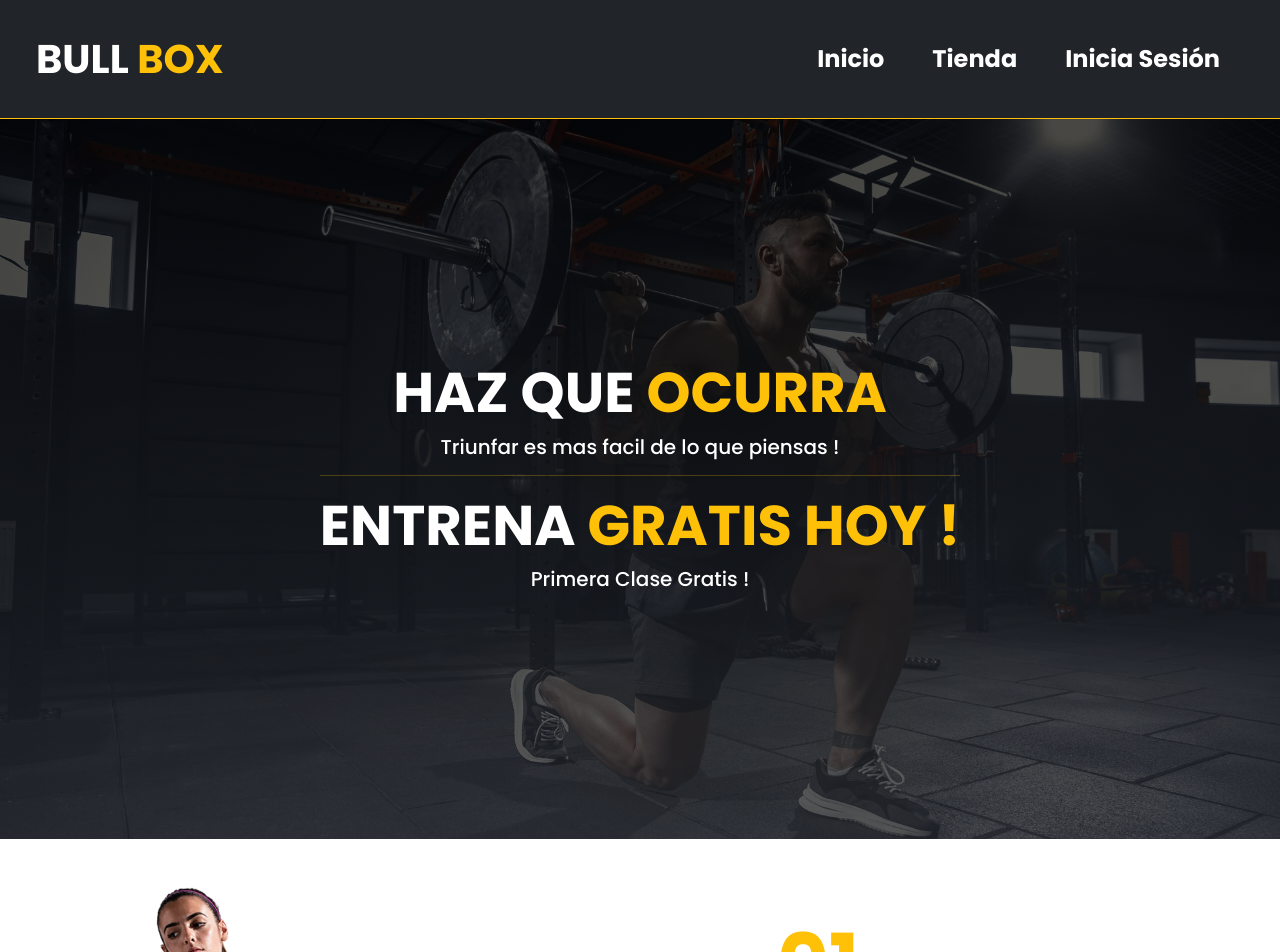
Repository: enjeru13/BullBox
Page: / (app in BullBox/)
The author's editor kept a copy of each file at every save. The page is drawn from the files as they stood at one save, then again after the next save.
The browser window is 1280 px wide. The pictures show the part of the page from y = 0 to 952 px (the page is 4177 px tall before and 4211 px after).
The project was rebuilt for these pictures with package versions that can differ from the ones it lists, and the page was loaded fresh each time. Also part of the build but not shown: BullBox/vite.config.js, BullBox/src/pages/Registro.jsx, BullBox/src/pages/Login.jsx, BullBox/src/pages/Perfil.jsx, BullBox/src/components/ProductsCard.jsx, BullBox/src/pages/Tienda.jsx, BullBox/ProtectedRoute.jsx.

Above is the page before, as saved 2024-10-28 13:31:22.

### BullBox/index.html
<!doctype html>
<html lang="en">
  <head>
    <meta charset="UTF-8" />
    <link rel="icon" type="image/svg+xml" href="/vite.svg" />
    <link rel="preconnect" href="https://fonts.googleapis.com">
<link rel="preconnect" href="https://fonts.gstatic.com" crossorigin>
<link href="https://fonts.googleapis.com/css2?family=Poppins:ital,wght@0,100;0,200;0,300;0,400;0,500;0,600;0,700;0,800;0,900;1,100;1,200;1,300;1,400;1,500;1,600;1,700;1,800;1,900&family=Raleway:ital,wght@0,100;0,200;0,300;0,400;0,500;0,600;0,700;0,800;0,900;1,100;1,200;1,300;1,400;1,500;1,600;1,700;1,800;1,900&display=swap" rel="stylesheet">
    <meta name="viewport" content="width=device-width, initial-scale=1.0" />
    <title>Bull Box</title>
  </head>
  <body>
    <div id="root"></div>
    <script type="module" src="/src/main.jsx"></script>
    <script
    src="https://cdn.jsdelivr.net/npm/bootstrap@5.0.2/dist/js/bootstrap.bundle.min.js"
    integrity="sha384-MrcW6ZMFYlzcLA8Nl+NtUVF0sA7MsXsP1UyJoMp4YLEuNSfAP+JcXn/tWtIaxVXM"
    crossorigin="anonymous"
  ></script>
</html>

### BullBox/src/App.jsx
import { BrowserRouter, Routes, Route } from "react-router-dom";
import { AuthProvider } from "./context/AuthContext";
import Header from "./components/Header";
import Inicio from "./pages/Inicio";
import Registro from "./pages/Registro";
import Login from "./pages/Login";
import Perfil from "./pages/Perfil";
import Tienda from "./pages/Tienda";
import ProtectedRoute from "../ProtectedRoute";
import Footer from "./components/Footer";
import { ProductProvider } from "./context/ProductContext";

function App() {
  return (
    <AuthProvider>
      <ProductProvider>
        <BrowserRouter>
          <Header />
          <Routes>
            <Route path="/" element={<Inicio />} />

            <Route path="/register" element={<Registro />} />

            <Route path="/login" element={<Login />} />

            <Route path="/tienda" element={<Tienda />} />

            <Route element={<ProtectedRoute />}>
              <Route path="/profile" element={<Perfil />} />
            </Route>
          </Routes>
          <Footer />
        </BrowserRouter>
      </ProductProvider>
    </AuthProvider>
  );
}

export default App;

### BullBox/src/index.css
* {
  margin: 0;
  padding: 0;
  font-family: "Poppins", serif;
  font-optical-sizing: auto;
  font-weight: 100;
  font-style: normal;
}

/* Inicio */

.bg-image {
  background: linear-gradient(rgba(0, 0, 0, 0.717), rgba(36, 38, 42, 0.745)),
    url("/img/fondo.jpg");
  height: 100vh; /* 100vh = 100% de la altura de la viewport */
  width: 100vw; /* 100vw = 100% del ancho de la viewport */
  background-size: cover; /* Hace que la imagen cubra todo el espacio disponible */
  background-position: center; /* Centra la imagen */
  background-repeat: no-repeat; /* Evita que la imagen se repita */
  justify-content: center;
  align-items: center;
  display: flex;
}

/* Nosotros */

.bg {
  background-color: #dde1e9;
}

.justified-text {
  text-align: justify;
}

/* Servicios */

.bg-image-servicios {
  background: linear-gradient(rgba(0, 0, 0, 0.717), rgba(36, 38, 42, 0.745)),
    url("/img/fondo-servicios.jpg");
  background-size: cover; /* Hace que la imagen cubra todo el espacio disponible */
  background-position: center; /* Centra la imagen */
  background-repeat: no-repeat; /* Evita que la imagen se repita */
}

/* Planes */

.bg-image-planes {
  background: linear-gradient(rgba(0, 0, 0, 0.717), rgba(36, 38, 42, 0.745)),
    url("/img/fondo-planes1.jpg");
  background-size: cover; /* Hace que la imagen cubra todo el espacio disponible */
  background-position: center; /* Centra la imagen */
  background-repeat: no-repeat; /* Evita que la imagen se repita */
}

.bg-card {
  background: linear-gradient(rgba(0, 0, 0, 0.745), rgb(18, 17, 17));
}

### BullBox/src/context/AuthContext.jsx
import { createContext, useContext, useState, useEffect } from "react";
import { registerRequest, loginRequest, verifyTokenRequest } from "../api/auth";
import Cookies from "js-cookie";

const AuthContext = createContext();

// eslint-disable-next-line react-refresh/only-export-components
export const useAuth = () => {
  const context = useContext(AuthContext);
  if (!context) {
    throw new Error("useAuth deberia estar dentro del Provider");
  }
  return context;
};

// eslint-disable-next-line react/prop-types
export const AuthProvider = ({ children }) => {
  const [user, setUser] = useState(null);
  const [isAuthenticated, setIsAuthenticated] = useState(false);
  const [errors, setErrors] = useState([]);
  const [loading, setLoading] = useState(true);

  const signUp = async (user) => {
    try {
      const res = await registerRequest(user);
      console.log(res.data);
      setUser(res.data);
      setIsAuthenticated(true);
    } catch (error) {
      console.log(error.response);
      setErrors(error.response.data);
    }
  };

  const signIn = async (user) => {
    try {
      const res = await loginRequest(user);
      console.log(res.data);
      setUser(res.data);
      setIsAuthenticated(true);
    } catch (error) {
      if (Array.isArray(error.response.data)) {
        return setErrors(error.response.data);
      }
      setErrors([error.response.data.message]);
    }
  };

  const logOut = () => {
    Cookies.remove("token");
    setIsAuthenticated(false);
    setUser(null);
  };

  // timer de las alertas de errores

  useEffect(() => {
    if (errors.length > 0) {
      const timer = setTimeout(() => {
        setErrors([]);
      }, 3000);
      return () => clearTimeout(timer);
    }
  }, [errors]);

  useEffect(() => {
    async function checkLogin() {
      const cookies = Cookies.get();

      if (!cookies.token) {
        setIsAuthenticated(false);
        setLoading(false);
        return setUser(null);
      }
      try {
        const res = await verifyTokenRequest(cookies.token);
        if (!res.data) {
          setIsAuthenticated(false);
          setLoading(false);
          return;
        }

        setIsAuthenticated(true);
        setUser(res.data);
        setLoading(false);
      } catch (error) {
        console.log(error);
        setIsAuthenticated(false);
        setUser(null);
        setLoading(false);
      }
    }
    checkLogin();
  }, []);

  return (
    <AuthContext.Provider
      value={{
        signUp,
        signIn,
        logOut,
        loading,
        user,
        isAuthenticated,
        errors,
      }}
    >
      {children}
    </AuthContext.Provider>
  );
};

export default AuthContext;

### BullBox/src/components/Header.jsx
import { Link } from "react-router-dom";
import { useAuth } from "../context/AuthContext";

function Header() {
  const { isAuthenticated, logOut, user } = useAuth();

  return (
    <>
      <nav className="navbar navbar-expand-lg bg-dark border-bottom border-warning p-4 sticky-top">
        <div className="container-fluid">
          <a className="navbar-brand text-white fs-1 fw-bold" href="#">
            BULL <span className="text-warning fw-bold">BOX</span>
          </a>
          <button
            className="navbar-toggler border-2 border-warning"
            type="button"
            data-bs-toggle="collapse"
            data-bs-target="#navbarNav"
            aria-controls="navbarNav"
            aria-expanded="false"
            aria-label="Toggle navigation"
          >
            <span className="navbar-toggler-icon"></span>
          </button>
          <div className="collapse navbar-collapse " id="navbarNav">
            <ul className="navbar-nav ms-auto justify-content-center align-items-center">
              <li className="nav-item">
                <Link
                  className="nav-link text-white fs-4 active mx-3 fw-bold"
                  aria-current="page"
                  to="/"
                >
                  Inicio
                </Link>
              </li>
              <li className="nav-item">
                <Link
                  className="nav-link text-white fs-4 mx-3 fw-bold"
                  to="/tienda"
                >
                  Tienda
                </Link>
              </li>
              {isAuthenticated ? (
                <>
                  <li className="nav-item">
                    <Link
                      className="nav-link text-white fs-4 mx-3 fw-bold"
                      to="/profile"
                    >
                      Tu perfil {user.username}{" "}
                    </Link>
                  </li>
                  <li className="nav-item ">
                    <Link
                      className="nav-link text-white fs-4 mx-3 fw-bold"
                      to="/"
                      onClick={() => {
                        logOut();
                      }}
                    >
                      Cerrar Sesión
                    </Link>
                  </li>
                </>
              ) : (
                <>
                  <li className="nav-item">
                    <Link
                      className="nav-link text-white fs-4 mx-3 fw-bold"
                      to="/login"
                    >
                      Inicia Sesión
                    </Link>
                  </li>
                </>
              )}
            </ul>
          </div>
        </div>
      </nav>
    </>
  );
}

export default Header;

### BullBox/src/components/Footer.jsx
import { FontAwesomeIcon } from "@fortawesome/react-fontawesome";
import {
  faWhatsapp,
  faFacebook,
  faInstagram,
} from "@fortawesome/free-brands-svg-icons";

function Footer() {
  return (
    <div className="d-flex flex-column align-items-center text-center bg-dark border-top border-warning container-fluid p-1">
      <h5 className="text-white fw-bold">
        2024 - BULL <span className="text-warning fw-bold">BOX</span> Todos los
        Derechos Reservados
      </h5>
      <div className="d-flex justify-content-center">
        <div className="nav-item">
          <a className="nav-link text-white fs-2" href="#">
            <FontAwesomeIcon icon={faWhatsapp} />
          </a>
        </div>
        <div className="nav-item">
          <a className="nav-link text-white fs-2 ms-5" href="#">
            <FontAwesomeIcon icon={faFacebook} />
          </a>
        </div>
        <div className="nav-item">
          <a className="nav-link text-white fs-2 ms-5" href="#">
            <FontAwesomeIcon icon={faInstagram} />
          </a>
        </div>
      </div>
    </div>
  );
}

export default Footer;

### BullBox/src/context/ProductContext.jsx
import { createContext, useContext, useState } from "react";
import {
  createProductRequest,
  deleteProductRequest,
  getProductsRequest,
  getProductRequest,
  updateProductRequest,
} from "../api/products";

const ProductContext = createContext();

export const useProducts = () => {
  const context = useContext(ProductContext);
  if (!context) {
    throw new Error("useProducts debe usarse con ProductProvider");
  }
  return context;
};

export function ProductProvider({ children }) {
  const [products, setProducts] = useState([]);

  const getProducts = async () => {
    try {
      const res = await getProductsRequest();
      setProducts(res.data);
    } catch (error) {
      console.log(error);
    }
  };

  const deleteProduct = async (id) => {
    try {
      const res = await deleteProductRequest(id);
      if (res.status === 204) products.filter((product) => product._id != id);
    } catch (error) {
      console.log(error);
    }
  };

  const createProduct = async (product) => {
    try {
      const res = await createProductRequest(product);
      console.log(res.data);
    } catch (error) {
      console.log(error);
    }
  };

  const getProduct = async (id) => {
    try {
      const res = await getProductRequest(id);
      return res.data;
    } catch (error) {
      console.error(error);
    }
  };

  const updateProduct = async (id, product) => {
    try {
      await updateProductRequest(id, product);
    } catch (error) {
      console.error(error);
    }
  };

  return (
    <ProductContext.Provider
      value={{
        products,
        createProduct,
        getProducts,
        deleteProduct,
        getProduct,
        updateProduct,
      }}
    >
      {children}
    </ProductContext.Provider>
  );
}

### BullBox/src/components/Mapa.jsx
import { MapContainer, TileLayer, Marker, Popup } from "react-leaflet";
import "leaflet/dist/leaflet.css";
import "./Mapa.css";

const Mapa = () => {
  return (
    <div className="container-fluid">
      <MapContainer center={{ lat: "7.7819182", lng: "-72.2228125" }} zoom={16}>
        <TileLayer
          url="https://tile.openstreetmap.org/{z}/{x}/{y}.png"
          attribution='&copy; <a href="http://www.openstreetmap.org/copyright">OpenStreetMap</a>'
        />
        <Marker position={{ lat: "7.7819182", lng: "-72.2228125" }}>
          <Popup>Ubicacion de BULL BOX</Popup>
        </Marker>
      </MapContainer>
    </div>
  );
};

export default Mapa;

### BullBox/src/components/Mapa.css
.leaflet-container {
  width: 100%;
  height: 300px;
  background: #000;
}

Loaded but not shown: BullBox/src/main.jsx (common file); BullBox/src/api/auth.js (7 lines, source omitted); BullBox/src/api/axios.js (8 lines, source omitted); BullBox/src/pages/Inicio.jsx (269 lines, source omitted); BullBox/src/api/products.js (no copy from this time; the picture is the same without it)

After the next save:
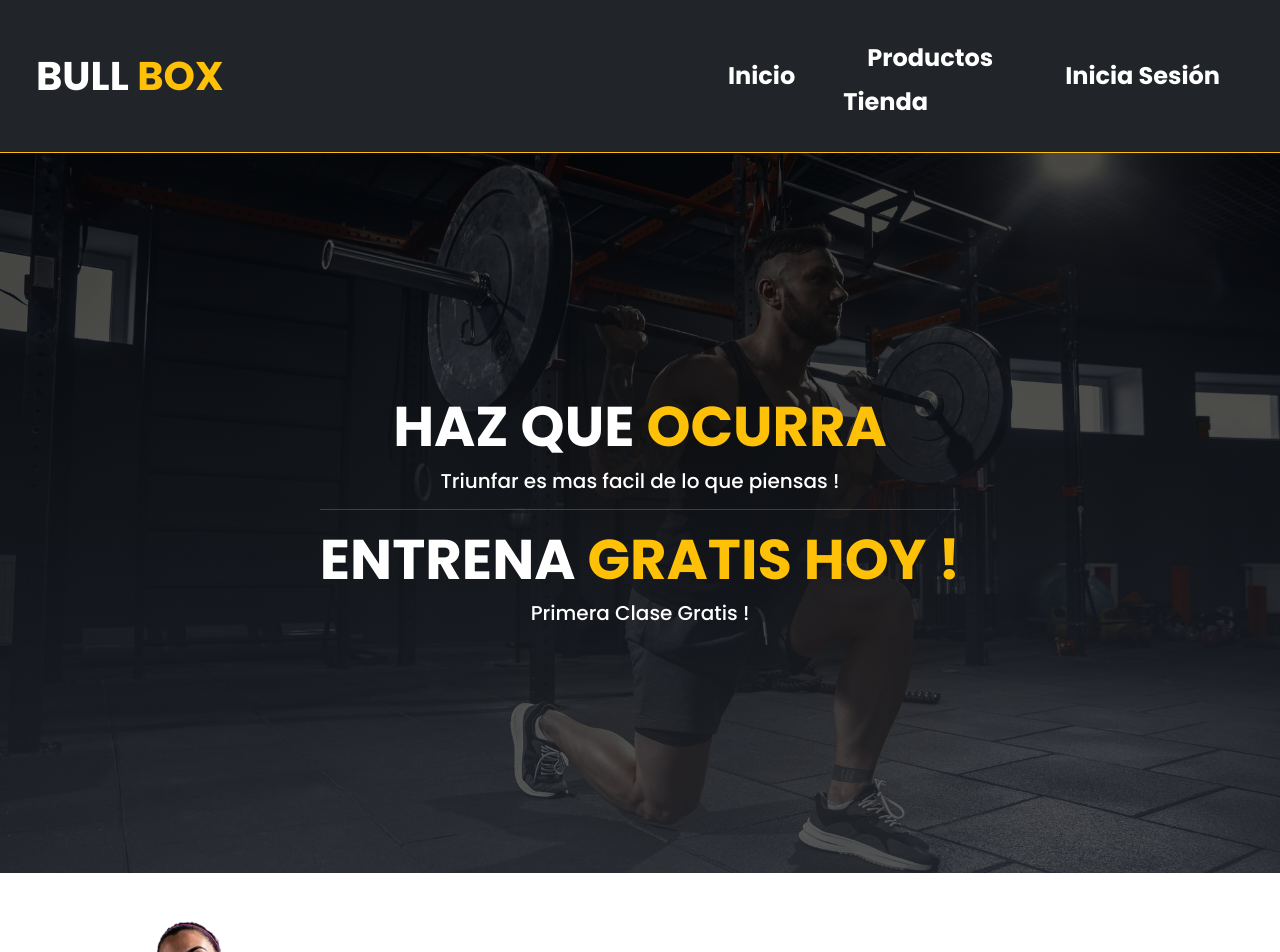
Saved 5 h 13 min later.
--- a/BullBox/src/components/Header.jsx
+++ b/BullBox/src/components/Header.jsx
@@ -38,6 +38,8 @@
                   className="nav-link text-white fs-4 mx-3 fw-bold"
                   to="/tienda"
                 >
+                  <Link className="nav-link text-white fs-4 mx-3 fw-bold"
+                  to="/products">Productos</Link>
                   Tienda
                 </Link>
               </li>

After the save that followed:
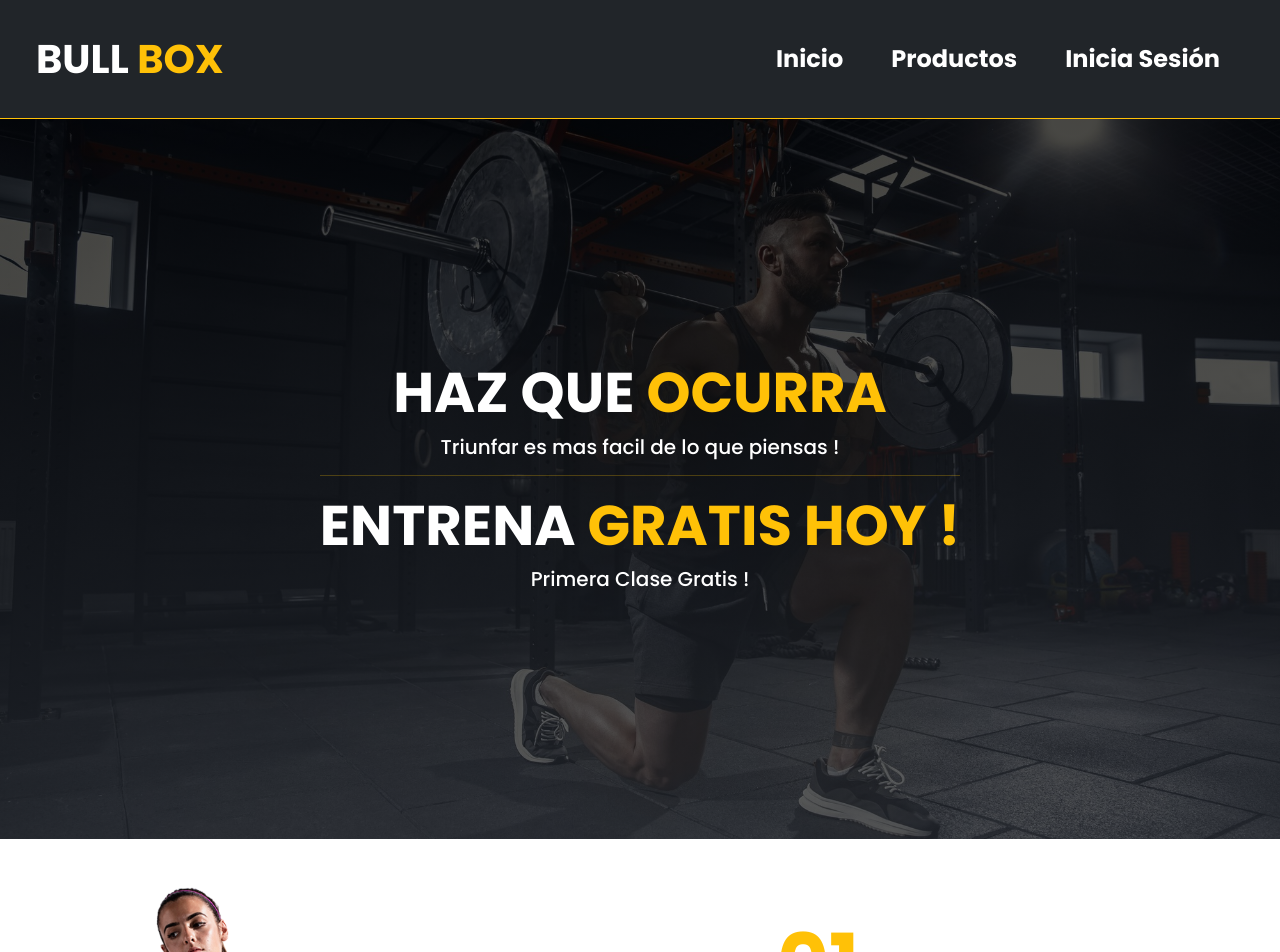
Saved 27 s later.
--- a/BullBox/src/components/Header.jsx
+++ b/BullBox/src/components/Header.jsx
@@ -36,11 +36,9 @@
               <li className="nav-item">
                 <Link
                   className="nav-link text-white fs-4 mx-3 fw-bold"
-                  to="/tienda"
+                  to="/products"
                 >
-                  <Link className="nav-link text-white fs-4 mx-3 fw-bold"
-                  to="/products">Productos</Link>
-                  Tienda
+                  Productos
                 </Link>
               </li>
               {isAuthenticated ? (
